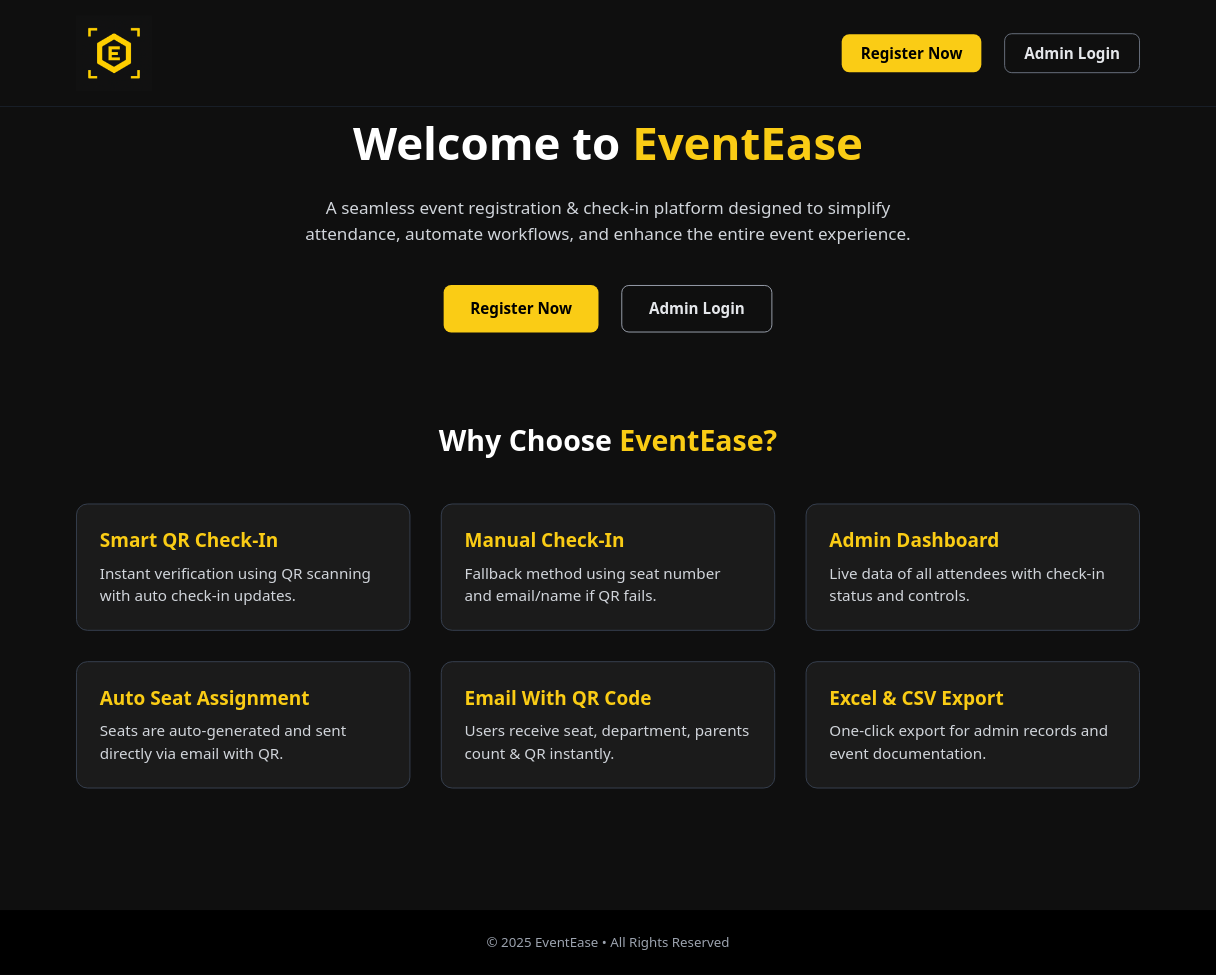
Repository: shravanramakunja/EventEase
Page: http://localhost/
The author's editor kept a copy of each file at every save. The page is drawn from the files as they stood at one save, then again after the next save.
The browser window is 1280 px wide. The pictures show the whole page, at 95% of full size.
Some web libraries are served in a nearby version. The page is served by the project's Node server (server.js).

Above is the page before, as saved 2025-11-29 17:33:51.

After the next save:
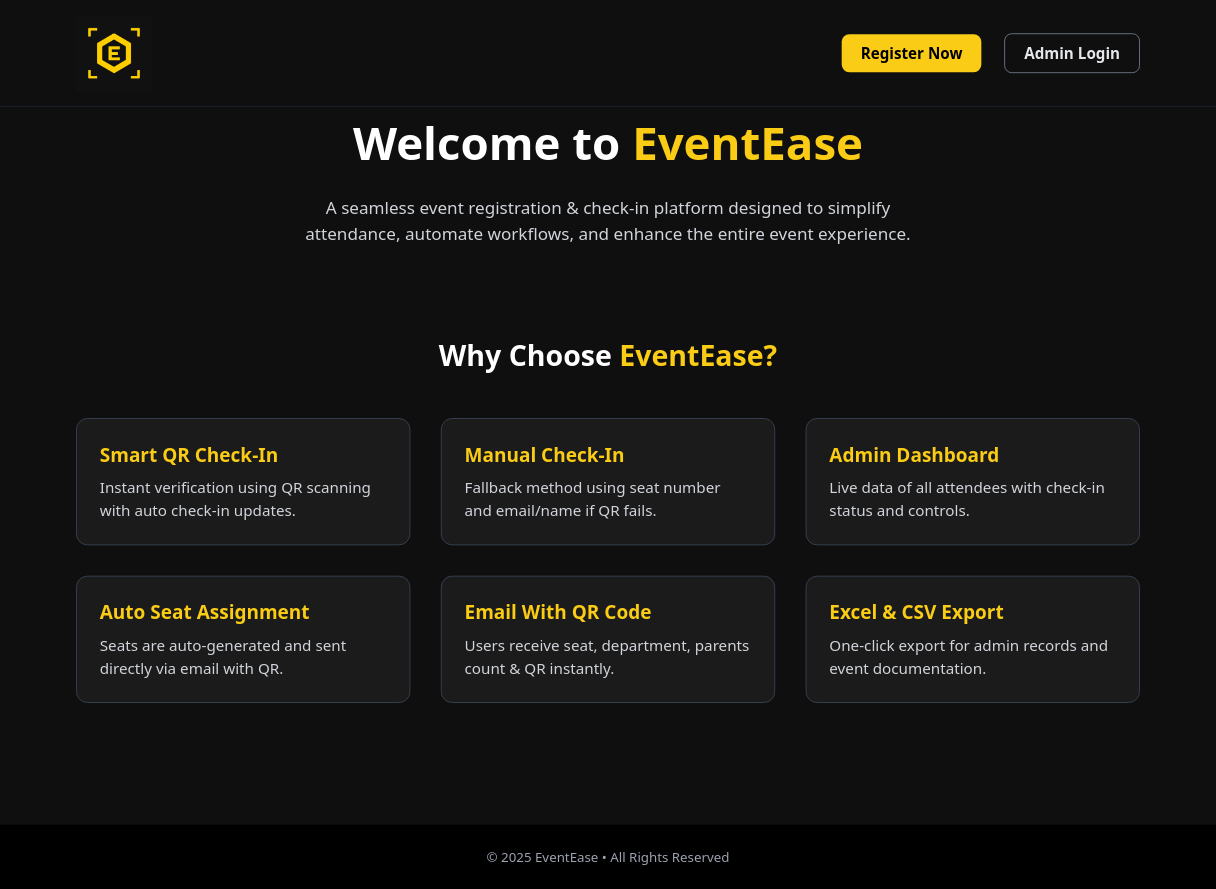
Saved 7 s later.
--- a/views/index.ejs
+++ b/views/index.ejs
@@ -70,17 +70,6 @@
       A seamless event registration & check-in platform designed to simplify attendance,
       automate workflows, and enhance the entire event experience.
     </p>
-
-    <div class="mt-10 flex justify-center gap-6">
-      <a href="/register"
-        class="bg-yellow-400 text-black font-semibold px-7 py-3 rounded-lg hover:bg-yellow-300 transition">
-        Register Now
-      </a>
-
-      <a href="/admin"
-        class="border border-gray-400 text-gray-200 font-semibold px-7 py-3 rounded-lg hover:bg-gray-800 transition">
-        Admin Login
-      </a>
     </div>
   </section>
 
